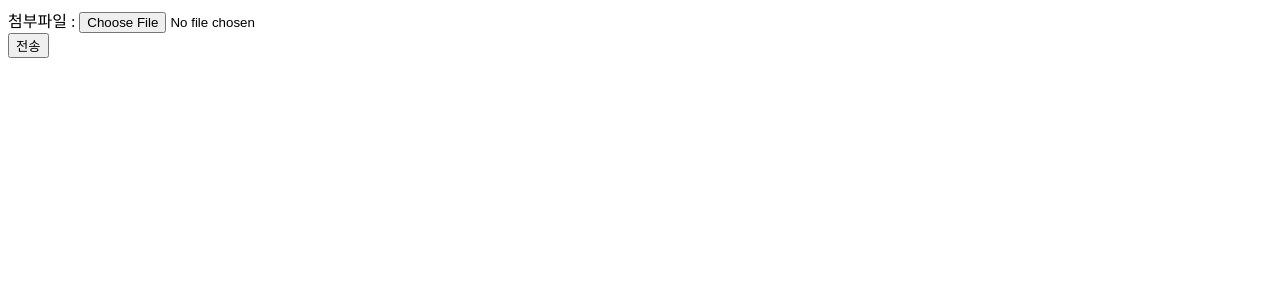
Repository: kimkeng/BackendClass
Page: web/src/main/webapp/fileupload.html
These files come from the project's save history. The page is drawn as it stood at one moment and after the next save; the edit follows.
The browser window is 1280 px wide. The pictures show the whole page.

Above is the page before, as saved 2023-08-17 08:32:57.

### web/src/main/webapp/fileupload.html
<!DOCTYPE html>
<html>
<head>
<meta charset="UTF-8">
<title>파일 업로드 기능 만들기</title>
</head>
<body>
	<form id="f" method="post" action="./fileupok.do" enctype="multipart/form-data">
		첨부파일 : <input type="file" name="imgfile" accept="image/*" /> <br/>
		<input type="button" value="전송" onclick="abc()" />
	</form>
	<script>
		function abc(){
			if(f.imgfile.value == ""){
				alert("이미지 파일을 첨부해 주시길 바랍니다.");
			}else{
				f.submit();
			}
		}
	</script>
</body>
</html>

After the next save:
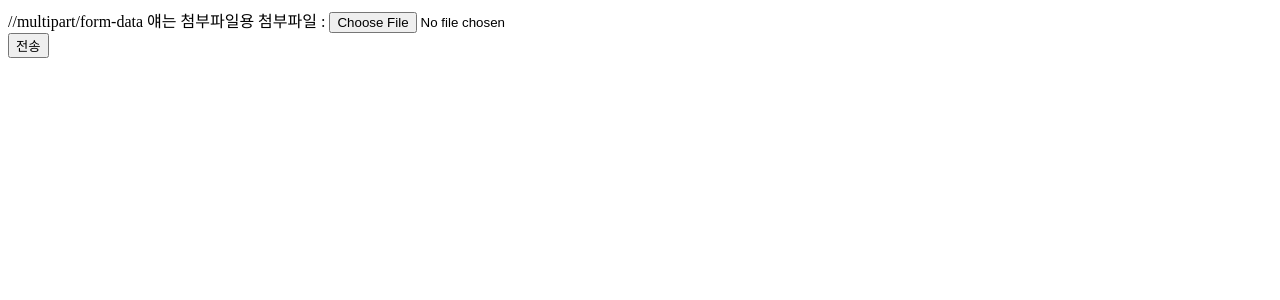
Saved 35 s later.
--- a/web/src/main/webapp/fileupload.html
+++ b/web/src/main/webapp/fileupload.html
@@ -5,7 +5,7 @@
 <title>파일 업로드 기능 만들기</title>
 </head>
 <body>
-	<form id="f" method="post" action="./fileupok.do" enctype="multipart/form-data">
+	<form id="f" method="post" action="./fileupok.do" enctype="multipart/form-data"> //multipart/form-data 얘는 첨부파일용
 		첨부파일 : <input type="file" name="imgfile" accept="image/*" /> <br/>
 		<input type="button" value="전송" onclick="abc()" />
 	</form>

After the save that followed:
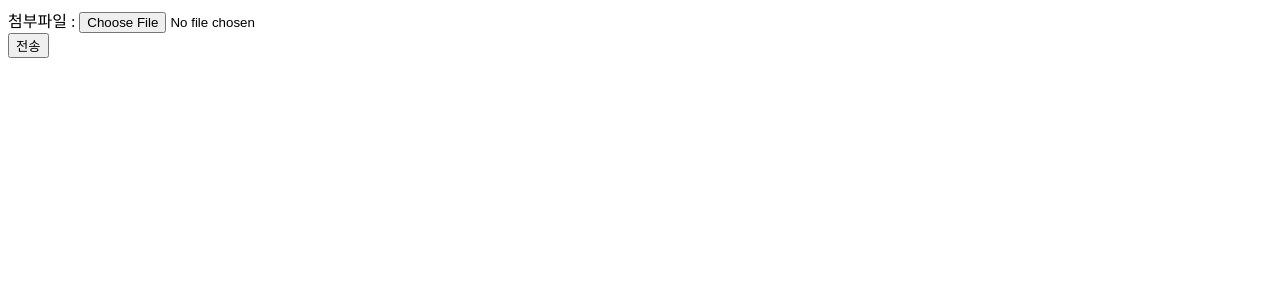
Saved 24 s later.
--- a/web/src/main/webapp/fileupload.html
+++ b/web/src/main/webapp/fileupload.html
@@ -5,7 +5,8 @@
 <title>파일 업로드 기능 만들기</title>
 </head>
 <body>
-	<form id="f" method="post" action="./fileupok.do" enctype="multipart/form-data"> //multipart/form-data 얘는 첨부파일용
+	<form id="f" method="post" action="./fileupok.do" enctype="multipart/form-data">
+		<!-- application/x-www-form-urlencoded", multipart/form-data 얘는 첨부파일용 -->
 		첨부파일 : <input type="file" name="imgfile" accept="image/*" /> <br/>
 		<input type="button" value="전송" onclick="abc()" />
 	</form>
